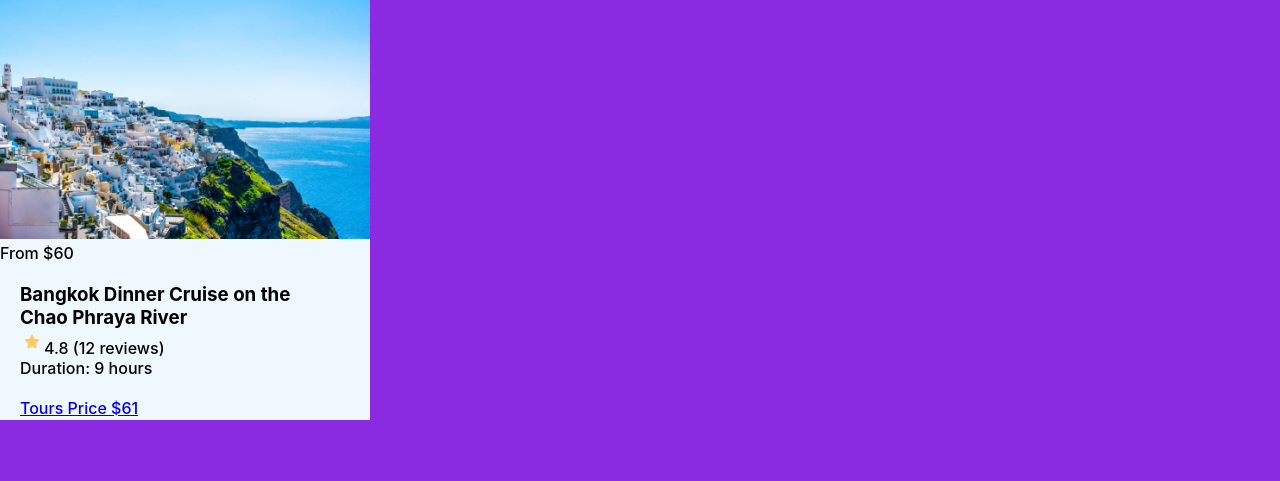
Repository: nguyentuankiet-k61/K_IT-demo
Page: index.html
The author's editor kept a copy of each file at every save. The page is drawn from the files as they stood at one save, then again after the next save.
The browser window is 1280 px wide. The pictures show the whole page.
Some web fonts or font styles are not loaded; a fallback is used.

Above is the page before, as saved 2022-09-28 09:15:12.

After the next save:
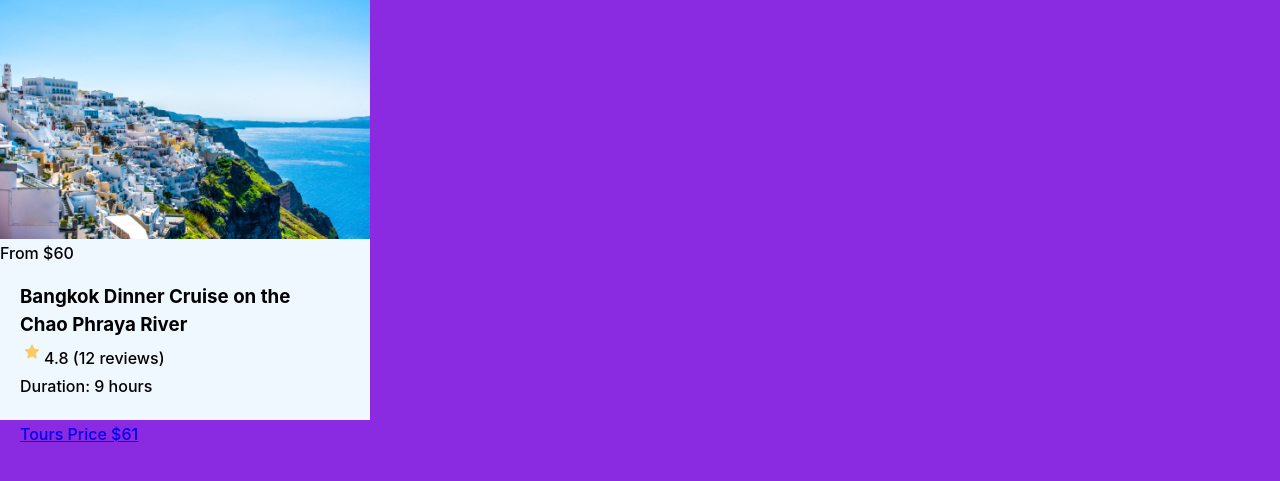
Saved 73 s later.
--- a/CSS/app.css
+++ b/CSS/app.css
@@ -19,7 +19,7 @@ body{
     padding: 20px 20px 14px;
     width: 330px;
     height: 147px;
-
+    line-height: 28px;
 
 }
 .Tours_title{
